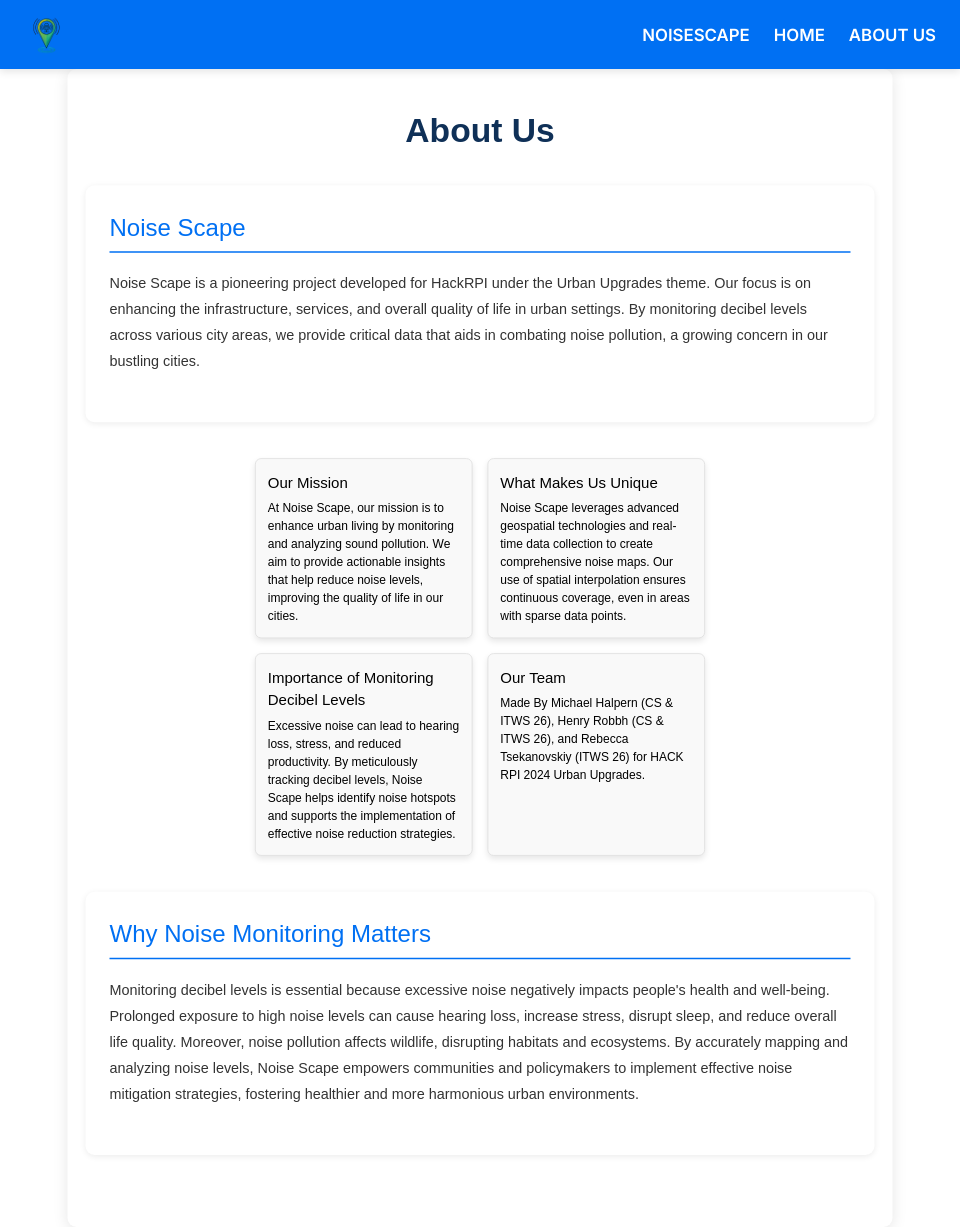
Repository: michaelhelper/HackRPI24
Page: /aboutUs (app in nextjs-dashboard/)
The author's editor kept a copy of each file at every save. The page is drawn from the files as they stood at one save, then again after the next save.
The browser window is 1280 px wide. The pictures show the whole page, at 75% of full size.
Some web fonts or font styles are not loaded; a fallback is used. The project was rebuilt for these pictures with package versions that can differ from the ones it lists, and the page was loaded fresh each time. The framework's server and built-in components were replaced by stand-ins that run in the browser. Also part of the build but not shown: nextjs-dashboard/next.config.ts.

Above is the page before, as saved 2024-11-10 10:30:30.

After the next save:
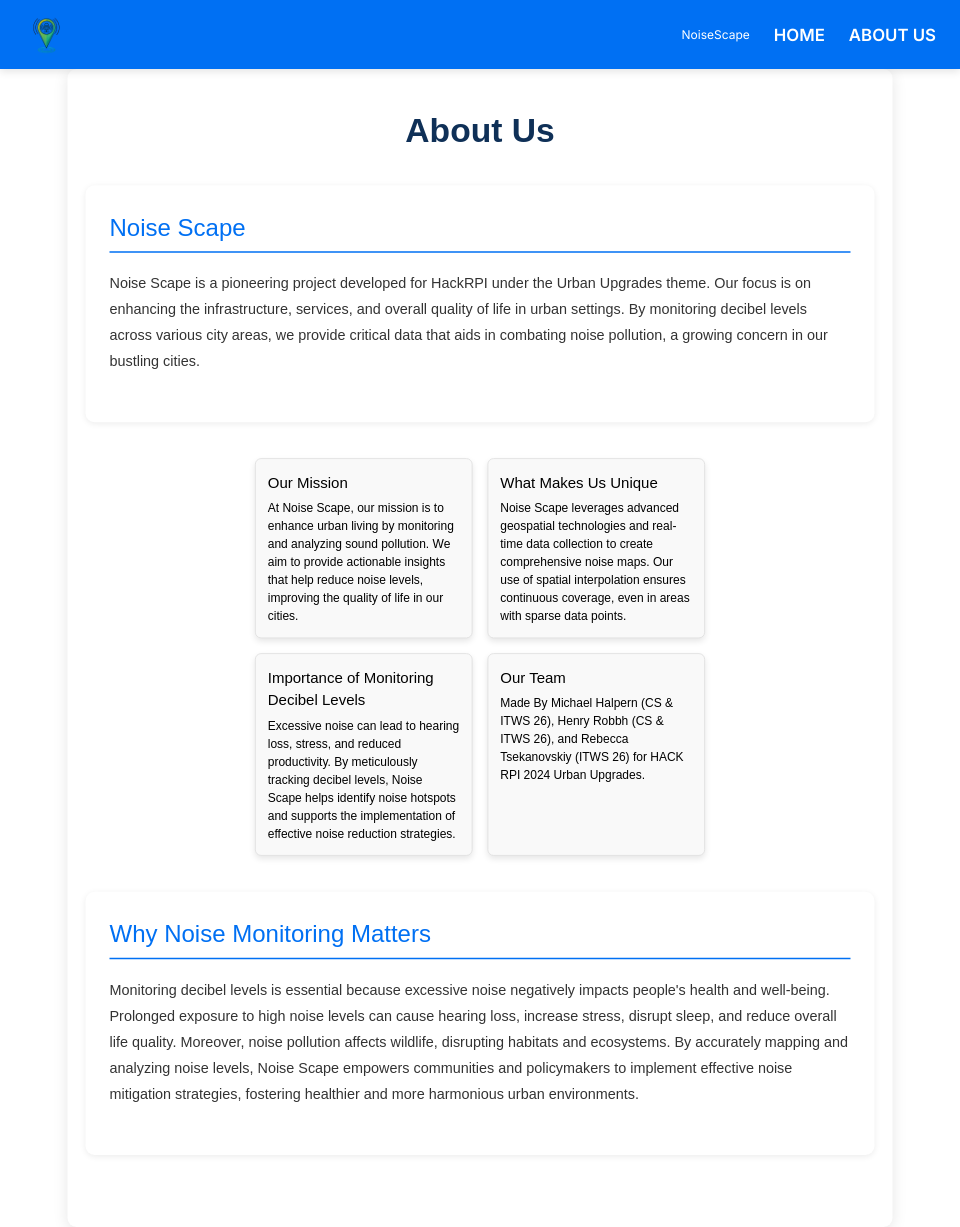
Saved 7 min 41 s later.
--- a/nextjs-dashboard/app/nav.tsx
+++ b/nextjs-dashboard/app/nav.tsx
@@ -1,5 +1,3 @@
-// src/components/Navbar.tsx
-
 import React from 'react';
 import Link from 'next/link';
 import Logo from './logo'; // Ensure the path is correct
@@ -11,12 +9,10 @@
       <div className={styles.logoContainer}>
         <Logo />
       </div>
+      <div className={styles.titleContainer}>
+        <span className={styles.title}>NoiseScape</span>
+      </div>
       <ul className={styles.navLinks}>
-        <li className={styles.navItem}>
-          <Link href="" className={styles.navLink}>
-            NOISESCAPE
-          </Link>
-        </li>
         <li className={styles.navItem}>
           <Link href="/" className={styles.navLink}>
             HOME
@@ -30,7 +26,6 @@
       </ul>
     </nav>
   );
-
 };
 
 export default Navbar;
